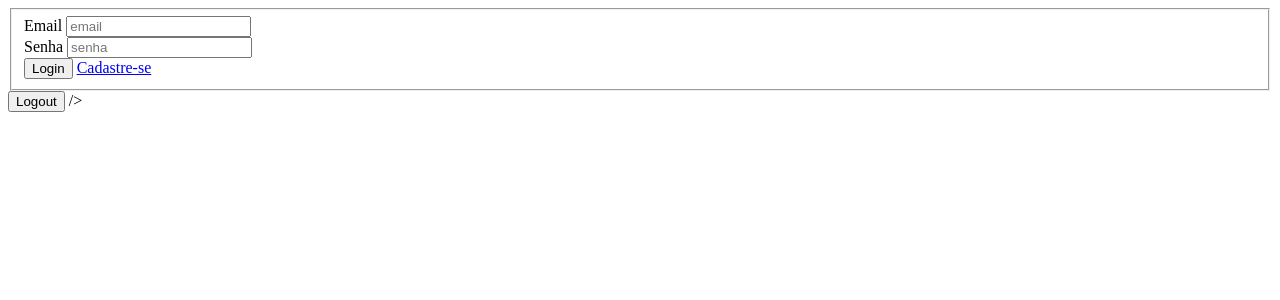
Repository: moises2112/Projetos
Page: http://localhost/Dog/LoginController.do?action=logar
An editor plug-in stored every save of this project. The page is shown before and after the next save, followed by the edit.
The browser window is 1280 px wide. The pictures show the whole page.
The page is served by Tomcat 9. Other server files are loaded and not shown.

Above is the page before, as saved 2017-06-10 17:43:49.

### Dog/WebContent/login.jsp

<%@ page language="java" contentType="text/html; charset=ISO-8859-1"
	pageEncoding="ISO-8859-1"%>
<%@ taglib uri="http://java.sun.com/jsp/jstl/core" prefix="c"%>
<!DOCTYPE HTML>
<html>
<head>
<meta http-equiv="Content-Type" content="text/html; charset=ISO-8859-1">

<title>Bem vindo ao Tindog</title>
</head>
<body>
	<form action="LoginController.do?action=logar" method="post">
		<fieldset>
			<div>
				<label for="email">Email</label> <input type="text" name="email"
					placeholder="email" />
			</div>
			<div>
				<label for="senha">Senha</label> <input type="password" name="senha"
					placeholder="senha" />
			</div>
			<div>
				<input type="submit" value="Login" /> <a href="./cadastrar.jsp">Cadastre-se</a>

			</div>

		</fieldset>
	</form>

	<label><c:out value="${erroAoLogar}" /></label>
	<input type="button" value="Logout" <a href="./cadastrar.jsp" /> />


</body>
</html>

### Dog/src/br/com/dog/controller/LoginController.java
package br.com.dog.controller;

import java.io.IOException;

import java.sql.SQLException;

import javax.servlet.RequestDispatcher;
import javax.servlet.ServletConfig;
import javax.servlet.ServletException;
import javax.servlet.annotation.WebServlet;
import javax.servlet.http.HttpServlet;
import javax.servlet.http.HttpServletRequest;
import javax.servlet.http.HttpServletResponse;
import javax.servlet.http.HttpSession;
import br.com.dog.controller.util.NavegacaoUtil;
import br.com.dog.model.dao.CachorroDAO;
import br.com.dog.model.dao.UsuarioDAO;
import br.com.dog.model.dao.impl.jdbc.CachorroDao;
import br.com.dog.model.dao.impl.jdbc.UsuarioDao;
import br.com.dog.model.entity.Usuario;

/**
 * Servlet implementation class LoginController
 */
@WebServlet("/LoginController.do")
public class LoginController extends HttpServlet {
	private static final long serialVersionUID = 1L;

	/**
	 * Default constructor.
	 */

	/**
	 * @see HttpServlet#doGet(HttpServletRequest request, HttpServletResponse
	 *      response)
	 */
	protected void doGet(HttpServletRequest request, HttpServletResponse response)
			throws ServletException, IOException {

		RequestDispatcher view = request.getRequestDispatcher(NavegacaoUtil.LOGIN);
		view.forward(request, response);
	}

	/**
	 * @see HttpServlet#doPost(HttpServletRequest request, HttpServletResponse
	 *      response)
	 */
	protected void doPost(HttpServletRequest request, HttpServletResponse response)
			throws ServletException, IOException {
		String action = request.getParameter("action");
		RequestDispatcher view = null;
		if (action.equalsIgnoreCase("logar")) {
			UsuarioDAO userDAO = new UsuarioDao();

			String senhaDaTela = request.getParameter("senha");
			String emailDaTela = request.getParameter("email");

			Usuario usuario = null;

			try {
				// erro esta na linha abaixo
				usuario = userDAO.buscarLoginSenha(senhaDaTela, emailDaTela);

			} catch (SQLException e) {
				// TODO Auto-generated catch block
				e.printStackTrace();
			}

			if (usuario != null) {
				view = request.getRequestDispatcher(NavegacaoUtil.HOME);

				request.setAttribute("usuarioLogado", usuario);

				CachorroDAO dogDAO = new CachorroDao();
				try {
					request.setAttribute("myDogs", dogDAO.buscaPorUsuario(usuario));
				} catch (SQLException e) {
					// TODO Auto-generated catch block
					e.printStackTrace();
				}
				// HttpSession session = request.getSession();
				// session.setAttribute("usuario", usuario);
			} else {
				view = request.getRequestDispatcher(NavegacaoUtil.LOGIN);
				request.setAttribute("erroAoLogar", "Usuario ou senha inválido");
			}
		} else if (action.equalsIgnoreCase("logout")) {
			view = request.getRequestDispatcher(NavegacaoUtil.LOGIN);
			request.removeAttribute("usuarioLogado");
		}
		view.forward(request, response);
	}
}

After the next save:
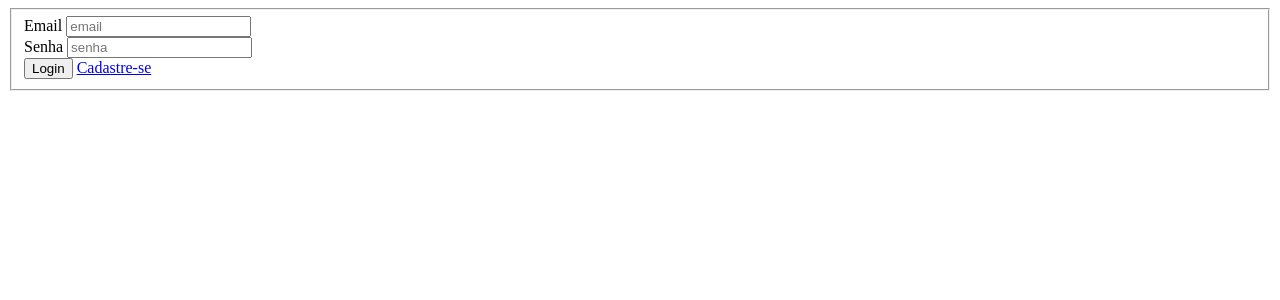
Saved 19 s later.
--- a/Dog/WebContent/login.jsp
+++ b/Dog/WebContent/login.jsp
@@ -29,7 +29,7 @@
 	</form>
 
 	<label><c:out value="${erroAoLogar}" /></label>
-	<input type="button" value="Logout" <a href="./cadastrar.jsp" /> />
+
 
 
 </body>
